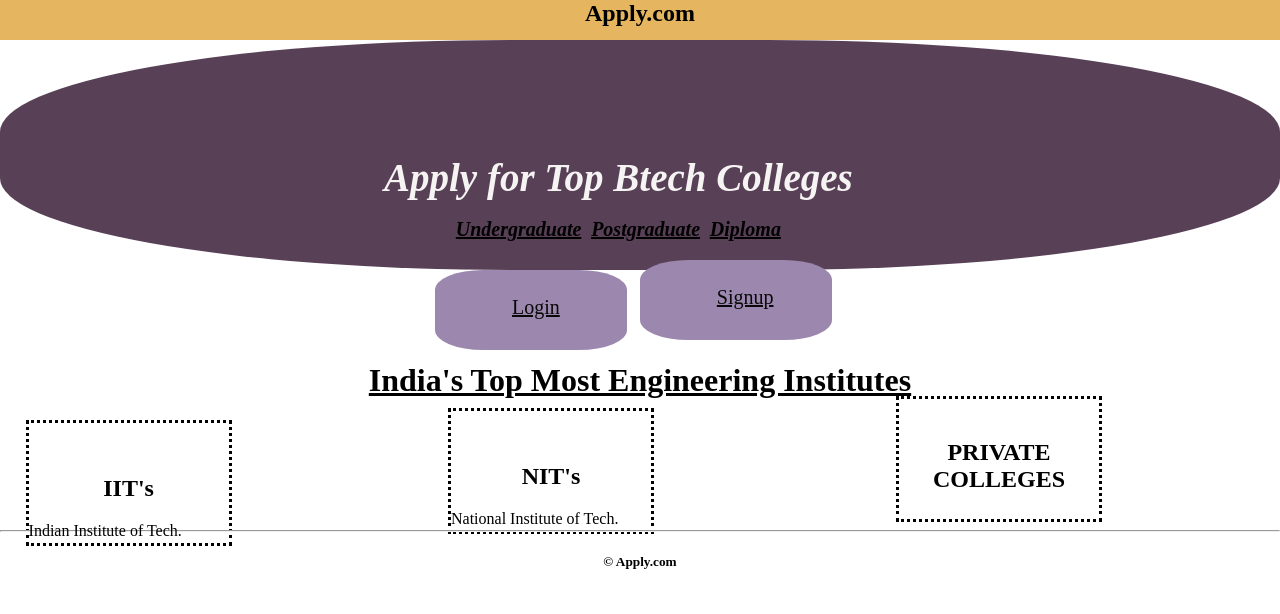
Repository: dashmeenkalra/dashmeen_kalra
Page: css/btech.html
These files come from the project's save history. The page is drawn as it stood at one moment and after a run of saves; the edit follows.
The browser window is 1280 px wide. The pictures show the whole page.

Above is the page before, as saved 2023-03-06 17:22:26.

### css/btech.html
<html>
    <head>
        <link href="btech.css" rel="stylesheet"/>
        <title>
            Welcome to apply.com
        </title>
    </head>
    <body>
        <header>
            <h2>Apply.com</h2>
        </header>
        <div id="app">
            <div class="wri">
                Apply for Top Btech Colleges</br>
                <a href="" class="id">Undergraduate</a>
                <a href="" class="id">Postgraduate</a>
                <a href="" class="id">Diploma</a>
            </div>
        </div>
        <div class="log">
            <a href="" class="id1"> Login</a>
        </div>
        <div class="log1">
            <a href="" class="id1">Signup</a>
        </div>
        <h1>India's Top Most Engineering Institutes</h1>
        <div id="type">
         <h2>IIT's</h2>Indian Institute of Tech.
        </div>
        <div id="type1">
            <h2>NIT's</h2>National Institute of Tech.
           </div>
           <div id="type2">
            <h2>PRIVATE COLLEGES</h2>
           </div>
           <hr/>
        <h5> &copy; Apply.com</h5>
    </body>
</html>

### css/btech.css
body{
    margin:0px;
}
header{
    background-color: rgb(229, 182, 95);
    height: 40px;
    border: ;
    border-color: cadetblue;
}
header > h2{
    text-align: center;
}
#app{
    background-color: rgb(88, 64, 87);
    height:230px;
    width:100%;
    border-radius:40%;
}
.wri{
    text-align: center;
    margin-left: 30%;
    font-weight: bolder;
    font-style: oblique;
    font-size: 39px;
    margin-top: 9%;
    position: absolute;
    color: rgb(246, 243, 243);

}
.id{
    font-size: 20px;
    color: black;
}
.log{
    background-color: rgb(156, 136, 174);
    height:80px;
    width:15%;
    margin-left:34%;
    border-radius:25%;
}
.id1{
    font-size: 20px;
    color: rgb(9, 8, 8);
    margin-left:6%;
    margin-top:2%;
    position: absolute;
}
.log1{
    background-color: rgb(156, 136, 174);
    height:80px;
    width:15%;
    margin-left:50%;
    border-radius:25%;
    margin-top: -7.01%;
}
h1{
    text-align: center;
    text-decoration: underline;
}
#type{
    border: dotted;
    height:120px;
    width: 200px;
    margin-left:2%;
}
#type > h2{
  text-align: center;
  margin-top: 26%;
}
#type1{
    border: dotted;
    height:120px;
    width: 200px;
    margin-left:35%;
    margin-top:-10.8%;
}
#type1 > h2{
    text-align: center;
    margin-top: 26%;
}
#type2{
    border: dotted;
    height:120px;
    width: 200px;
    margin-left:70%;
    margin-top:-10.8%;
}
#type2 > h2{
    text-align: center;
    margin-top: 20%;
}
h5{
    text-align: center;
}

After the next 3 saves:
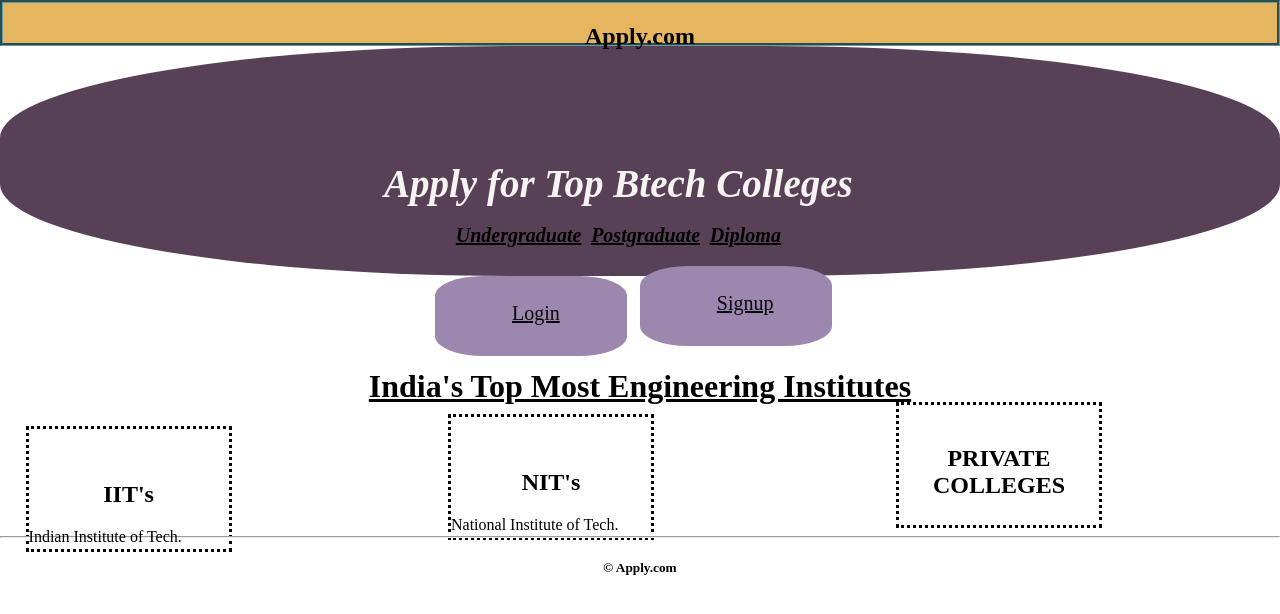
The 3 saves are shown as one change because they came seconds apart.
The last was saved 13 s later.
--- a/css/btech.css
+++ b/css/btech.css
@@ -4,8 +4,9 @@ body{
 header{
     background-color: rgb(229, 182, 95);
     height: 40px;
-    border: ;
+    border: groove;
     border-color: cadetblue;
+
 }
 header > h2{
     text-align: center;
